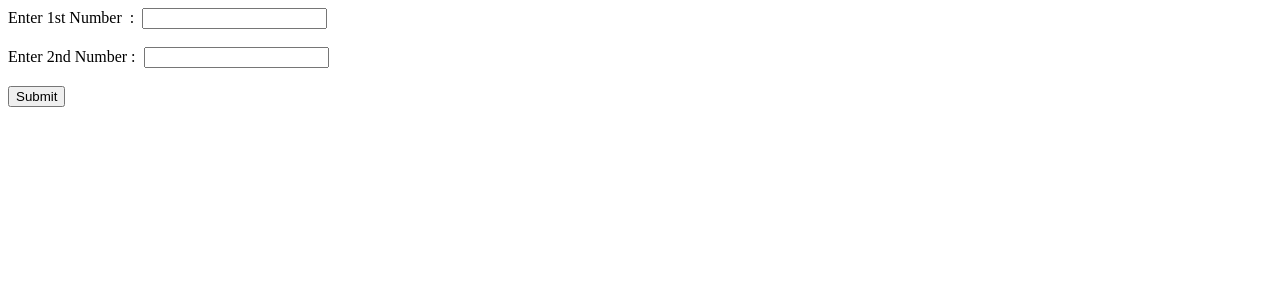
Repository: argho1990/Coursecube-B19
Page: Intro/Lab2A/WebContent/index.html
The author's editor kept a copy of each file at every save. The page is drawn from the files as they stood at one save, then again after the next save.
The browser window is 1280 px wide. The pictures show the whole page.

Above is the page before, as saved 2018-11-28 22:26:42.

### Intro/Lab2A/WebContent/index.html
<!DOCTYPE html>
<html>
<head>
<meta charset="ISO-8859-1">
<title>Insert title here</title>
</head>
<body>
<form action= "add" method="get">
Enter 1st Number &nbsp;: &nbsp;<input type= "text" name ="num1"><br>
<br>
Enter 2nd Number : &nbsp;<input type= "text" name ="num2"><br>
<br>
<input type="submit">

</form>
</body>
</html>

After the next save:
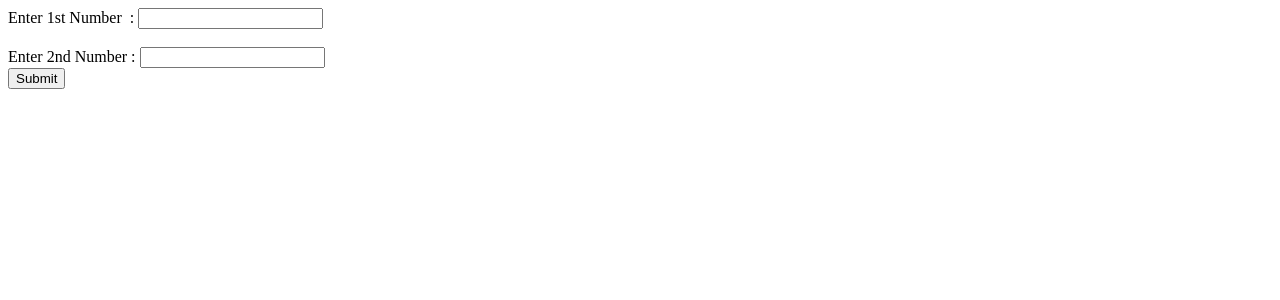
Saved 2 min 59 s later.
--- a/Intro/Lab2A/WebContent/index.html
+++ b/Intro/Lab2A/WebContent/index.html
@@ -6,10 +6,10 @@
 </head>
 <body>
 <form action= "add" method="get">
-Enter 1st Number &nbsp;: &nbsp;<input type= "text" name ="num1"><br>
+Enter 1st Number &nbsp;:&nbsp;<input type= "text" name ="num1"> <br>
 <br>
-Enter 2nd Number : &nbsp;<input type= "text" name ="num2"><br>
-<br>
+
+Enter 2nd Number  :&nbsp;<input type= "text" name ="num2"> <br>
 <input type="submit">
 
 </form>
